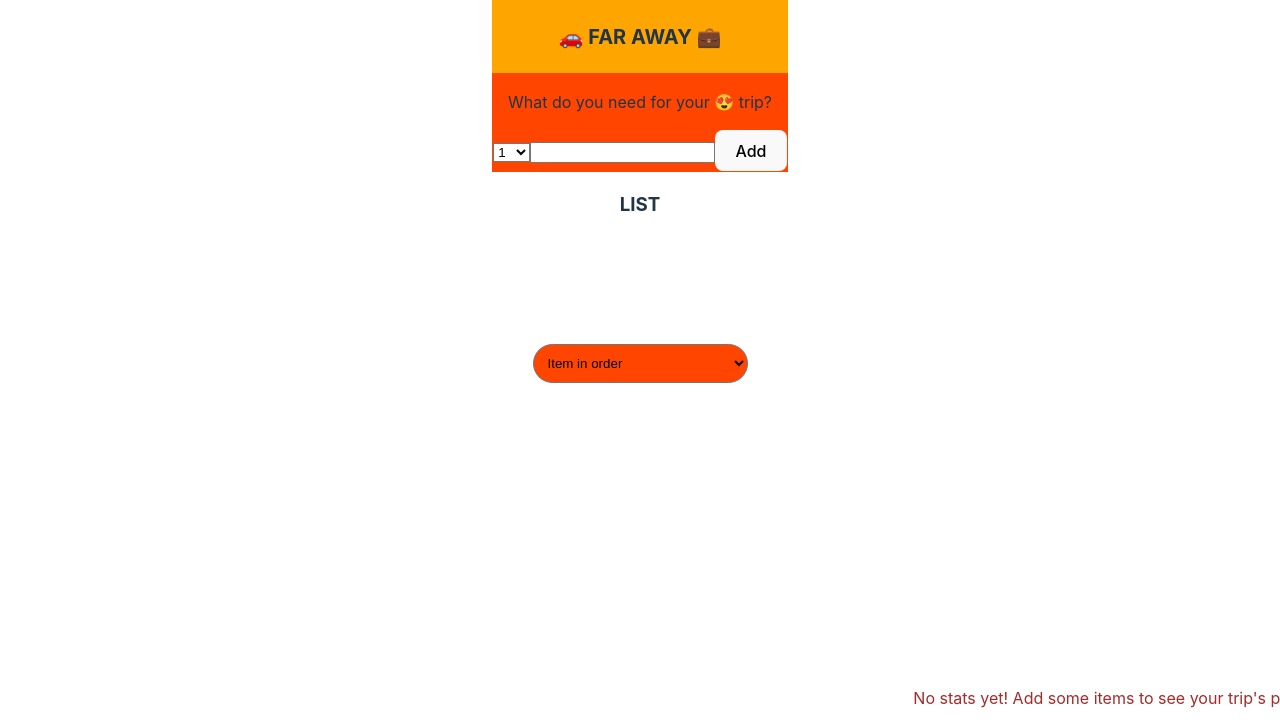
Repository: Celebration-cloud/Trip-Add-To-List
Page: /
The author's editor kept a copy of each file at every save. The page is drawn from the files as they stood at one save, then again after a run of saves.
The browser window is 1280 px wide. The pictures show the whole page.
The project was rebuilt for these pictures with package versions that can differ from the ones it lists, and the page was loaded fresh each time. Also part of the build but not shown: vite.config.js.

Above is the page before, as saved 2023-10-29 17:27:44.

### src/App.jsx
import './App.css'
import TripList from './Trip-List/TripList'

function App() {

  return (
    <>
    <TripList/>
    </>
  )
}

export default App

### src/App.css
#root {
  margin: 0;
  padding: 0;
  text-align: center;
}

.logo {
  height: 6em;
  padding: 1.5em;
  will-change: filter;
  transition: filter 300ms;
}
.logo:hover {
  filter: drop-shadow(0 0 2em #646cffaa);
}
.logo.react:hover {
  filter: drop-shadow(0 0 2em #61dafbaa);
}

@keyframes logo-spin {
  from {
    transform: rotate(0deg);
  }
  to {
    transform: rotate(360deg);
  }
}

@media (prefers-reduced-motion: no-preference) {
  a:nth-of-type(2) .logo {
    animation: logo-spin infinite 20s linear;
  }
}

.card {
  padding: 2em;
}

.read-the-docs {
  color: #888;
}

### src/Trip-List/TripList.jsx
/* eslint-disable react/no-unescaped-entities */
/* eslint-disable react/prop-types */
import { useState } from "react";
import './TripList.css'
function TripList() {
  const [addItem, setAddItem] = useState([]);

  const handleAddItem = (item) => {
    setAddItem((items) => [...items, item]);
  };
  const handleRemoveItem = (id) =>{
    setAddItem(items => items.filter(p => p.id !== id))
  }
  const handleChecked = (id) => {
    setAddItem(items => items.map(item => item.id === id ? {...item, packed: !item.packed} : item));
  };
  return (
    <div>
      <TripHead/>
      <TripForm handleAddItem={handleAddItem}/>
      <TripListForm addItem={addItem} remove={handleRemoveItem} check={handleChecked}/>
      <TripStats stats={addItem}/>
    </div>
  )
}

export default TripList

function TripHead() {
  return (
    <div style={{backgroundColor: "orange", padding: "5px"}}>
      <h2 className="title">🚗 FAR AWAY 💼</h2>
    </div>
  )
}

function TripForm({handleAddItem}) {
  const [item, setItem] = useState({description: "", quantity: 1})

  const handleSubmit = (e) =>{
    e.preventDefault();
    if (!item.description) return;

    const newItem = {
      des: item.description,
      amount: item.quantity,
      packed: false,
      id: Date.now(),
    };

    handleAddItem(newItem);
    setItem({ description: "", quantity: 1 });
  }
  const handleInput = (e) =>{
    setItem(prev => ({...prev, description: e.target.value}))
  }
  const handleOption = (e) =>{
    setItem(prevState => ({...prevState,quantity: Number(e.target.value)}))
  }
  return (
    <div style={{ backgroundColor: "orangered", padding: "1px" }}>
      <form onSubmit={handleSubmit}>
        <span>
          <p>What do you need for your 😍 trip?</p>
          <select onChange={handleOption} value={item.quantity}>
            {Array.from({ length: 10 }, (_, i) => i + 1).map((num) => (
              <option value={num} key={num}>
                {num}
              </option>
            ))}
          </select>
          <input onChange={handleInput} value={item.description}></input>
          <button type="submit">Add</button>
        </span>
      </form>
    </div>
  );
}

function TripListForm({addItem, remove, check}) {
  const [sort, setSort] = useState("input")
  const sortingBy = (e) => {
    setSort(e.target.value);
  };
  let sorting;
  if (sort === "input") sorting = addItem;
  if (sort === "checked")
    sorting = addItem.slice().sort((a, b) => a.des.localeCompare(b.des));
  if (sort === "order")
    sorting = addItem
      .slice()
      .sort((a, b) => Number(a.packed) - Number(b.packed));

  return (
    <>
      <h3>LIST</h3>
      <ul style={{ listStyleType: "none" }}>
        <li style={{display: 'flex', flexWrap: "wrap"}}>
          {sorting?.map((item) => (
            <>
              <input
                type="checkbox"
                value={item.packed}
                onChange={() => check(item.id)}
              />
              <span
                key={item.id}
                style={item.packed ? { textDecoration: "line-through" } : {}}
              >
                {item.amount}-{item.des}
              </span>
              <button onClick={() => remove(item.id)}>
                🚩
              </button>
            </>
          ))}
        </li>
      </ul>
      <div>
        <select onChange={sortingBy} value={sort} style={{padding: "10px 100px 10px 10px", marginTop: "90px", backgroundColor: "orangered", borderRadius: "20px"}}>
          <option value="input" style={{marginRight: "5px", backgroundColor: "brown" }}>Item in order</option>
          <option value="checked" style={{marginRight: "5px"}}>Checked Item</option>
          <option value="order" style={{marginRight: "5px"}}>Split Item</option>
        </select>
      </div>
    </>
  );
}

function TripStats({stats}) {
  if(!stats.length)
  return (
    <footer className="static">
      <p>No stats yet! Add some items to see your trip's progress...</p>
    </footer>
  );
  const total = stats.length
  const packed= stats.filter(items => items.packed).length
  const percent = Math.round((packed / total) * 100)
  return (
    <>
      {percent === 100 ? (
        <footer className="static">
          <p>You have Completed the List✈</p>
        </footer>
      ) : (
        <footer className="static">
          <p>
            You have {total} items on your list, and already packed {packed} (
            {percent}%)
          </p>
        </footer>
      )}
    </>
  );
}

### src/Trip-List/TripList.css
/* backgroundColor: "aqua",
            color: "brown",
            bottom: "0%",
            height: "30px",
            width: "100%", */
.static{
    position: fixed;
    pla
    background-color: aqua;
    color: brown;
    height: 50px;
    bottom: 0px;
    width: 100%;
}
.title{
    font-family: inherit;
    font-size: 20px;
}
@media (max-width: 480px) {
    .static{
    position: relative;
    background-color: aqua;
    color: brown;
    bottom: -200px;
    width: 100%;
}
.title{
    font-family: inherit;
    font-size: large;
}
}

Loaded but not shown: index.html (common file); src/main.jsx (common file); src/index.css (common file)

After the next 8 saves:
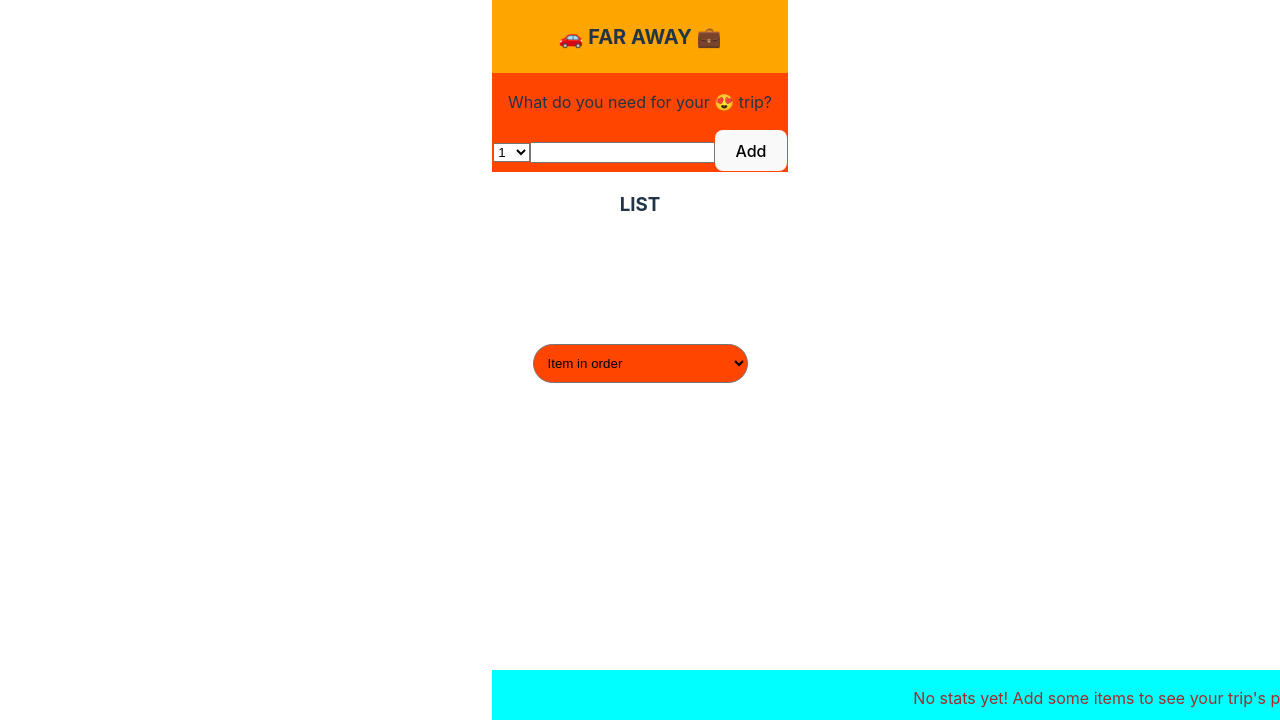
The 8 saves are shown as one change because they came seconds apart.
The last was saved 20 s later.
--- a/src/Trip-List/TripList.css
+++ b/src/Trip-List/TripList.css
@@ -5,7 +5,7 @@
             width: "100%", */
 .static{
     position: fixed;
-    pla
+    place-self: end;
     background-color: aqua;
     color: brown;
     height: 50px;
